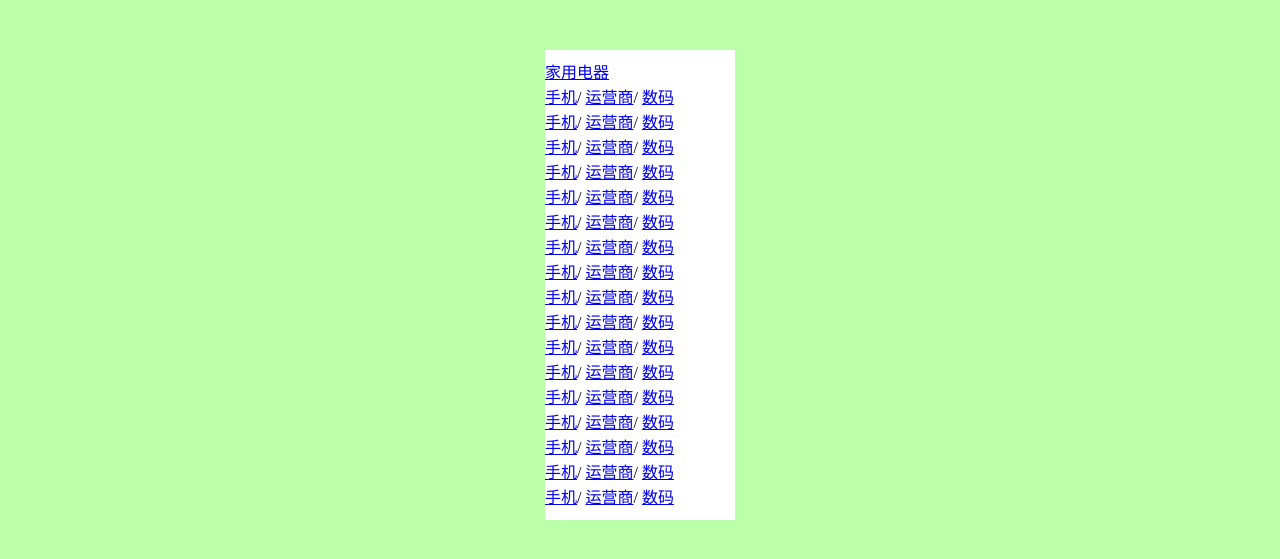
Repository: Romic77/css-test
Page: exercise/02_京东左侧导航条.html
The author's editor kept a copy of each file at every save. The page is drawn from the files as they stood at one save, then again after the next save.
The browser window is 1280 px wide. The pictures show the whole page.

Above is the page before, as saved 2022-09-03 13:56:51.

After the next save:
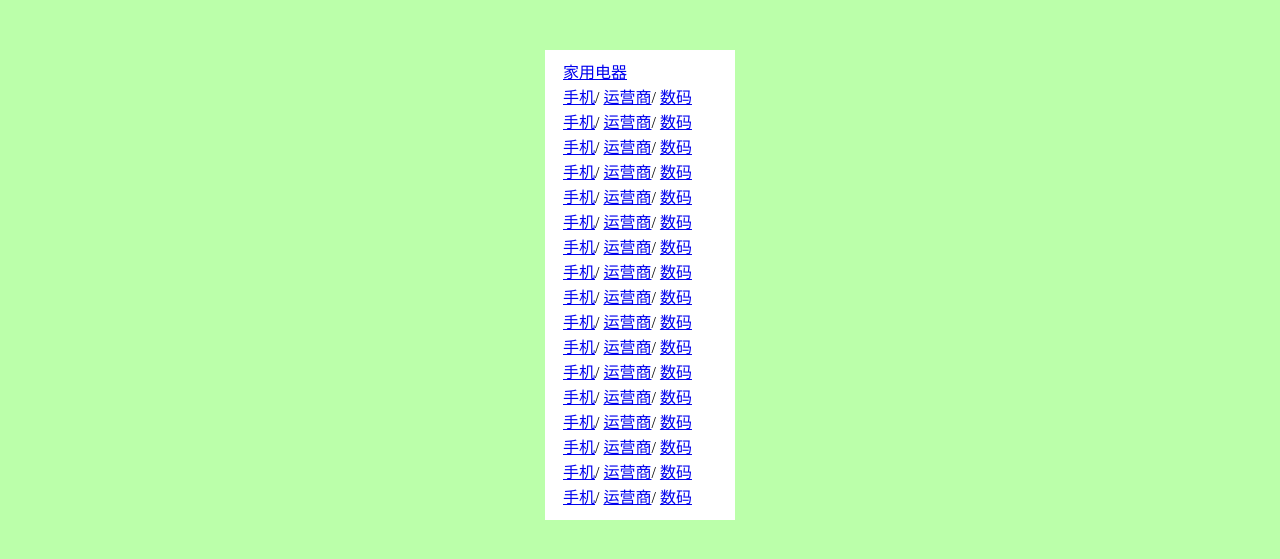
Saved 2 min 57 s later.
--- a/exercise/02_京东左侧导航条.html
+++ b/exercise/02_京东左侧导航条.html
@@ -24,6 +24,8 @@
             height: 25px;
             /* 垂直居中 */
             line-height: 25px;
+
+            padding-left: 18px;
         }
 
         .left-nav .item:hover {
